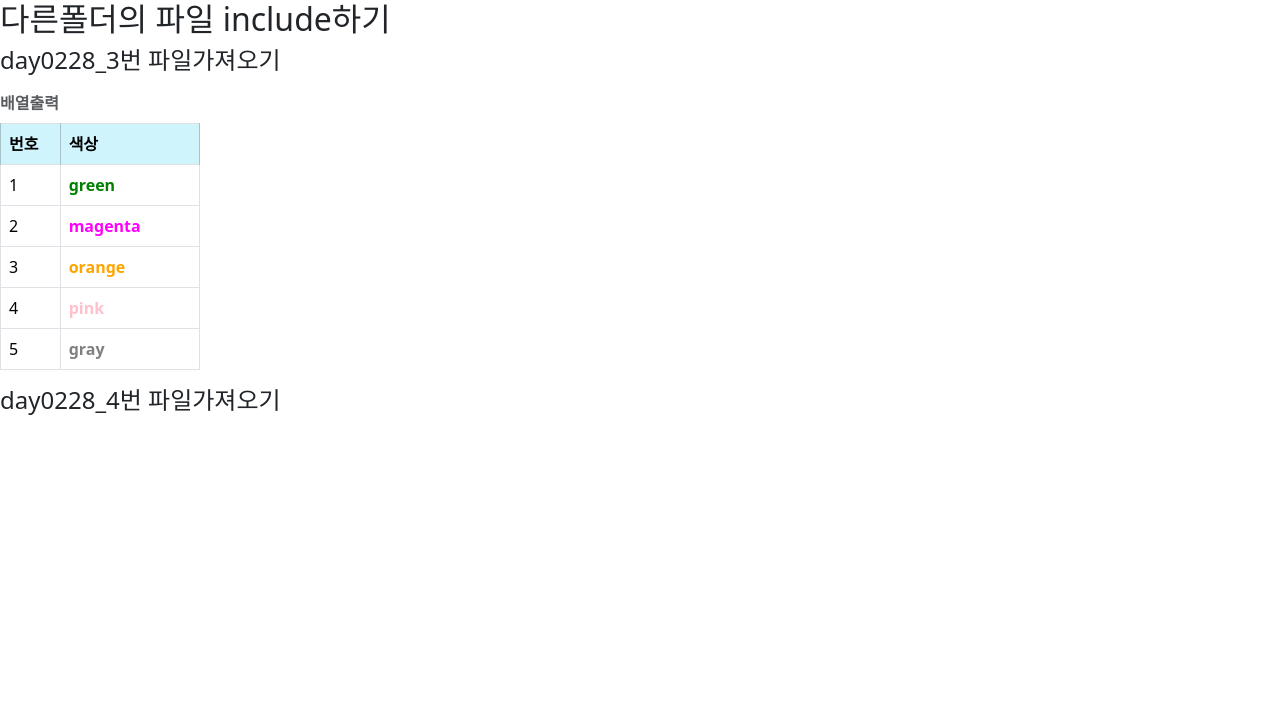
Repository: GANADAG/jspProject
Page: http://localhost/JspProject/day0228/include_06.jsp
The author's editor kept a copy of each file at every save. The page is drawn from the files as they stood at one save, then again after the next save.
The browser window is 1280 px wide. The pictures show the whole page.
Some web fonts or font styles are not loaded; a fallback is used. The page is served by Tomcat 9. Other server files are loaded and not shown.

Above is the page before, as saved 2024-02-28 03:14:42.

### JspProject/src/main/webapp/day0228/include_06.jsp
<%@ page language="java" contentType="text/html; charset=UTF-8"
    pageEncoding="UTF-8"%>
<!DOCTYPE html>
<html>
<head>
<meta charset="UTF-8">
<link href="https://cdn.jsdelivr.net/npm/bootstrap@5.3.2/dist/css/bootstrap.min.css" rel="stylesheet">
<link href="https://fonts.googleapis.com/css2?family=Diphylleia&family=Dongle&family=Noto+Sans+KR:wght@100..900&family=Orbit&family=Stylish&display=swap" rel="stylesheet">
<script src="https://code.jquery.com/jquery-3.7.0.js"></script>

<title>Insert title here</title>
</head>
<body>
	<h2>다른폴더의 파일 include하기</h2>

	<h4>day0228_3번 파일가져오기</h4>
	<jsp:include page="jspArray_03.jsp"/>
	<h4>day0228_4번 파일가져오기</h4>
</body>
</html>

### JspProject/src/main/webapp/day0228/jspArray_03.jsp
<%@ page language="java" contentType="text/html; charset=UTF-8"
    pageEncoding="UTF-8"%>
<!DOCTYPE html>
<html>
<head>
<meta charset="UTF-8">
<link href="https://cdn.jsdelivr.net/npm/bootstrap@5.3.2/dist/css/bootstrap.min.css" rel="stylesheet">
<link href="https://fonts.googleapis.com/css2?family=Diphylleia&family=Dongle&family=Noto+Sans+KR:wght@100..900&family=Orbit&family=Stylish&display=swap" rel="stylesheet">
<script src="https://code.jquery.com/jquery-3.7.0.js"></script>

<title>Insert title here</title>
</head>
<body>

<%
	//배열
	String []colors={"green","magenta","orange","pink","gray"};

	//제목
	String title="배열출력";
%>

<table class="table table-bordered" style="width: 200px;">
	<caption align="top"><b><%=title %></b></caption>
	<tr>
		<th width="60" class="table-info">번호</th>
		<th width="140" class="table-info">색상</th>

	</tr>

	<%
		for(int i=0;i<colors.length;i++)
		{%>
		<tr>
			<td><%=i+1 %></td>
			<td>
				<b style="color:<%=colors[i]%>"><%=colors[i] %></b>
			</td>
		</tr>
		<%}
	%>


</table>

</body>
</html>

### JspProject/src/main/webapp/day0228/jspGugu_04.jsp
<%@ page language="java" contentType="text/html; charset=UTF-8"
	pageEncoding="UTF-8"%>
<!DOCTYPE html>
<html>
<head>
<meta charset="UTF-8">
<link
	href="https://cdn.jsdelivr.net/npm/bootstrap@5.3.2/dist/css/bootstrap.min.css"
	rel="stylesheet">
<link
	href="https://fonts.googleapis.com/css2?family=Diphylleia&family=Dongle&family=Noto+Sans+KR:wght@100..900&family=Orbit&family=Stylish&display=swap"
	rel="stylesheet">
<script src="https://code.jquery.com/jquery-3.7.0.js"></script>

<title>Insert title here</title>
</head>
<body>
	<table class="table table-bordered" style="width: 1000px;">
		<tr>
			<td colspan="8" align="center"><b>전체 구구단</b></td>
		</tr>

		<tr class="table-info">
			<%
				for(int dan=2;dan<=9;dan++)
				{%>
			<td align="center"><b><%=dan %>단</b></td>
			<%}
			%>
		</tr>

		<%
			for(int i=1;i<=9;i++)
			{%>
		<tr>
			<%
				for(int dan=2;dan<=9;dan++)
				{%>
			<td align="center"><%=dan %>X<%=i %>=<%=dan*i %></td>
			<%}
	    	%>

		</tr>

		<%}
	    	%>





	</table>
</body>
</html>

After the next save:
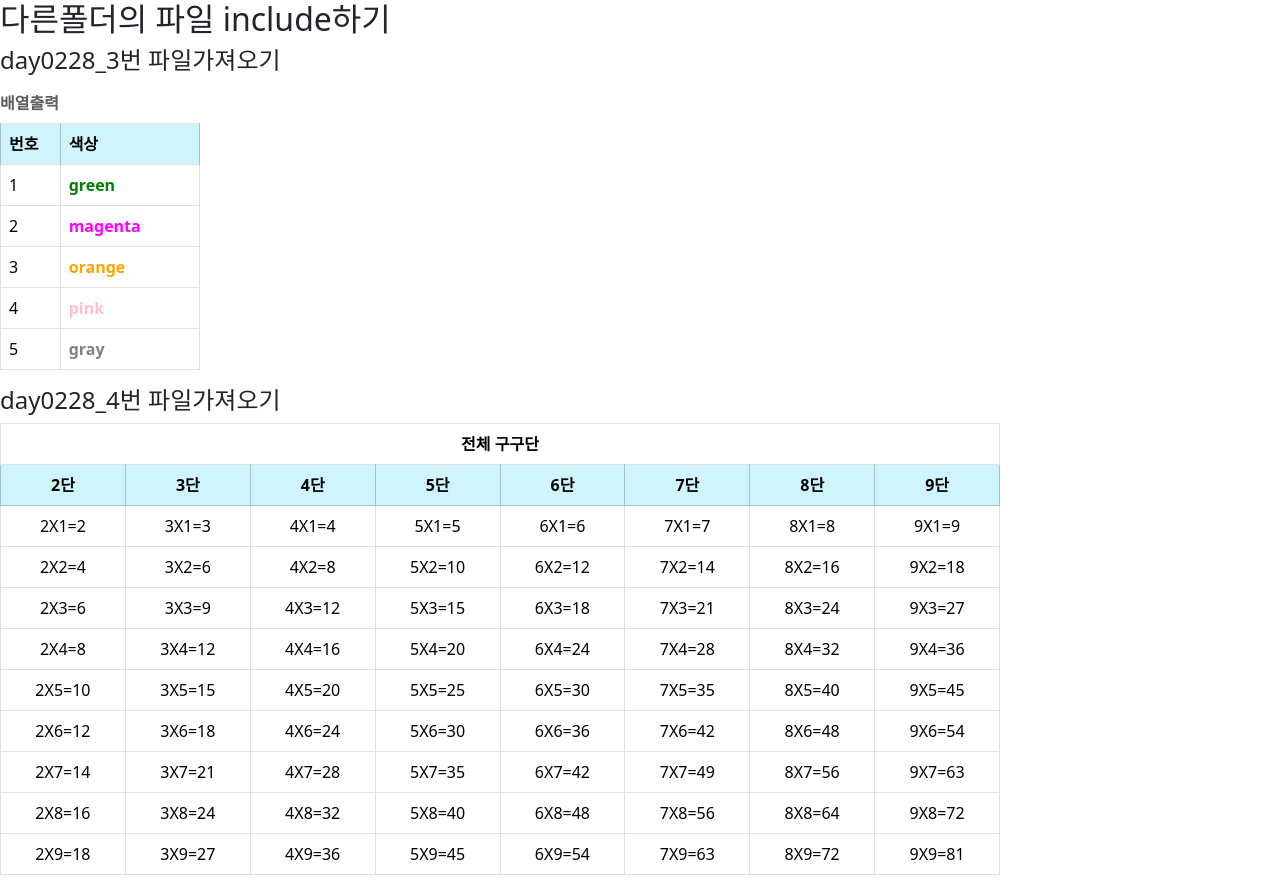
Saved 48 s later.
--- a/JspProject/src/main/webapp/day0228/include_06.jsp
+++ b/JspProject/src/main/webapp/day0228/include_06.jsp
@@ -16,5 +16,6 @@
 	<h4>day0228_3번 파일가져오기</h4>
 	<jsp:include page="jspArray_03.jsp"/>
 	<h4>day0228_4번 파일가져오기</h4>
+	<jsp:include page="jspGugu_04.jsp"/>
 </body>
 </html>
